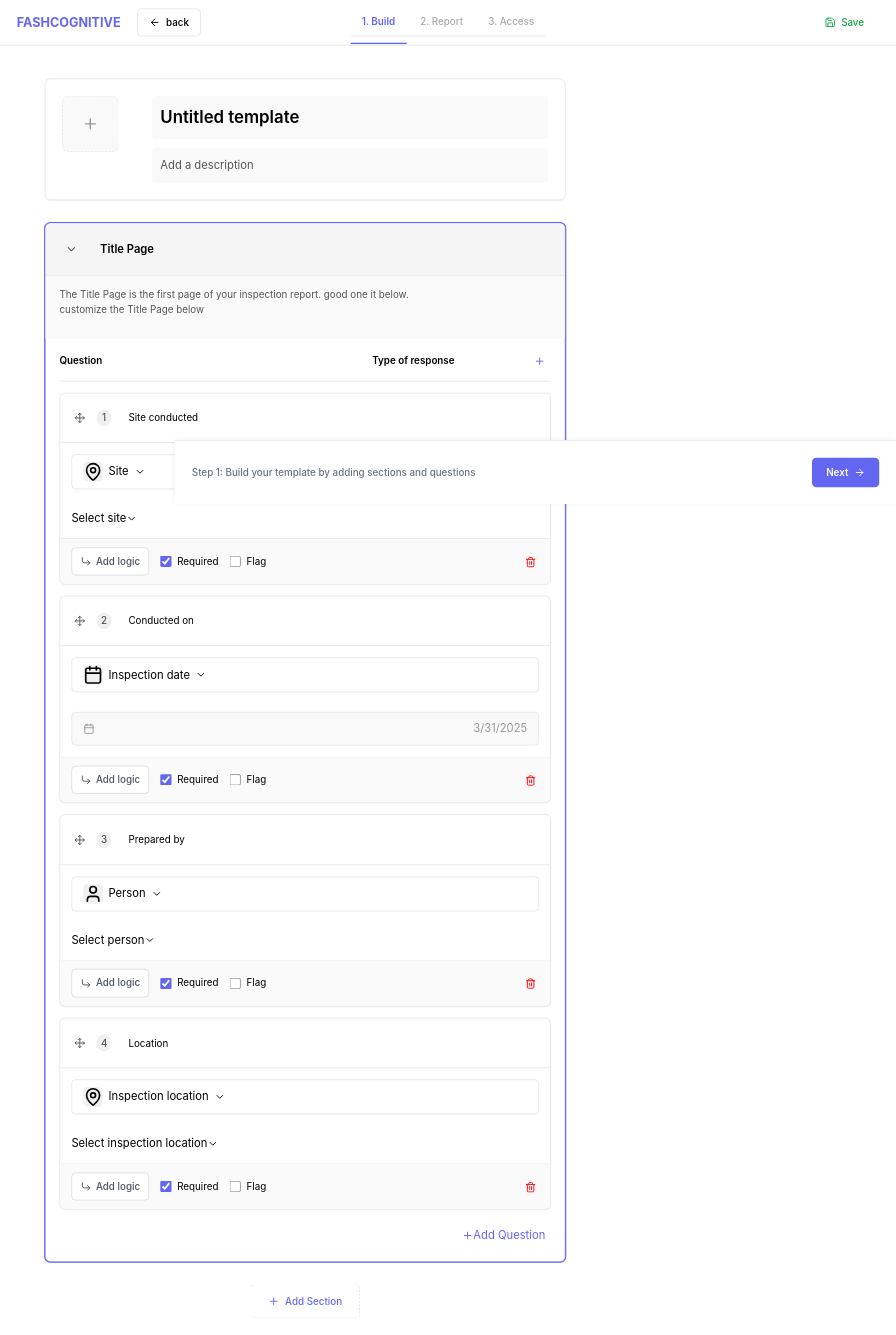
Repository: loganand612/fashcognitive-intern
Page: /ct (app in fash/)
These files come from the project's save history. The page is drawn as it stood at one moment and after the next save; the edit follows.
The browser window is 1280 px wide. The pictures show the whole page, at 70% of full size.
The project was rebuilt for these pictures with package versions that can differ from the ones it lists, and the page was loaded fresh each time. Also part of the build but not shown: fash/src/pages/Login.css, fash/src/pages/Register.css, fash/src/pages/Template.css, fash/src/pages/Home.tsx, fash/src/pages/Login.tsx, fash/src/pages/Register.tsx, fash/src/pages/Home2.tsx, fash/src/components/AccessManager.tsx and 4 more. Imported but missing from the stored project, and not drawn on this page: fash/src/pages/assets/head1.mp4.

Above is the page before, as saved 2025-04-14 09:50:11.

After the next save:
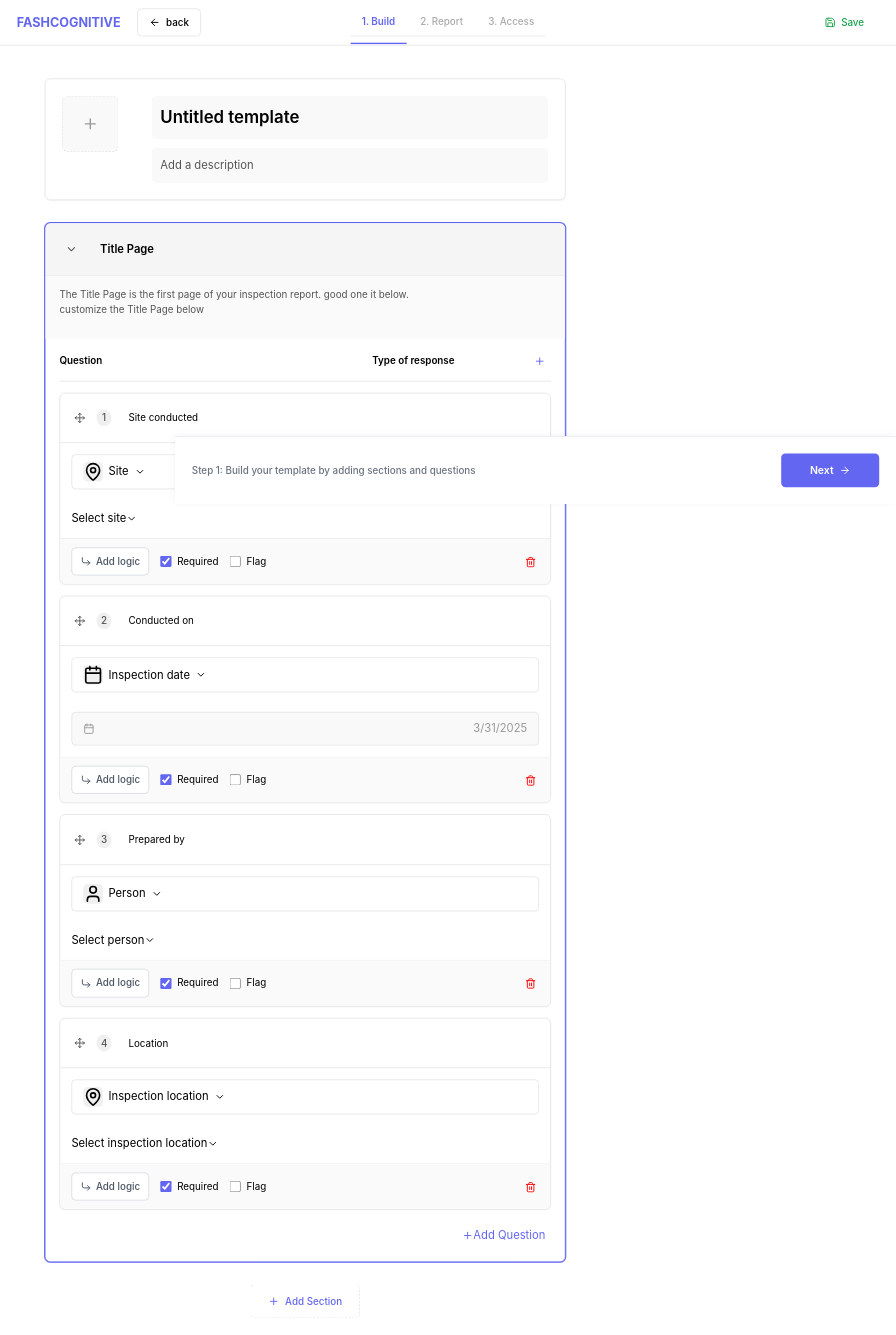
Saved 12 s later.
--- a/fash/src/components/TemplateWorkflowFooter.css
+++ b/fash/src/components/TemplateWorkflowFooter.css
@@ -35,12 +35,14 @@
   display: flex;
   align-items: center;
   gap: 8px;
-  padding: 10px 20px;
+  padding: 12px 24px;
   border-radius: 6px;
-  font-size: 14px;
+  font-size: 15px;
   font-weight: 600;
   cursor: pointer;
   transition: all 0.2s;
+  min-width: 140px;
+  justify-content: center;
 }
 
 .next-button {
